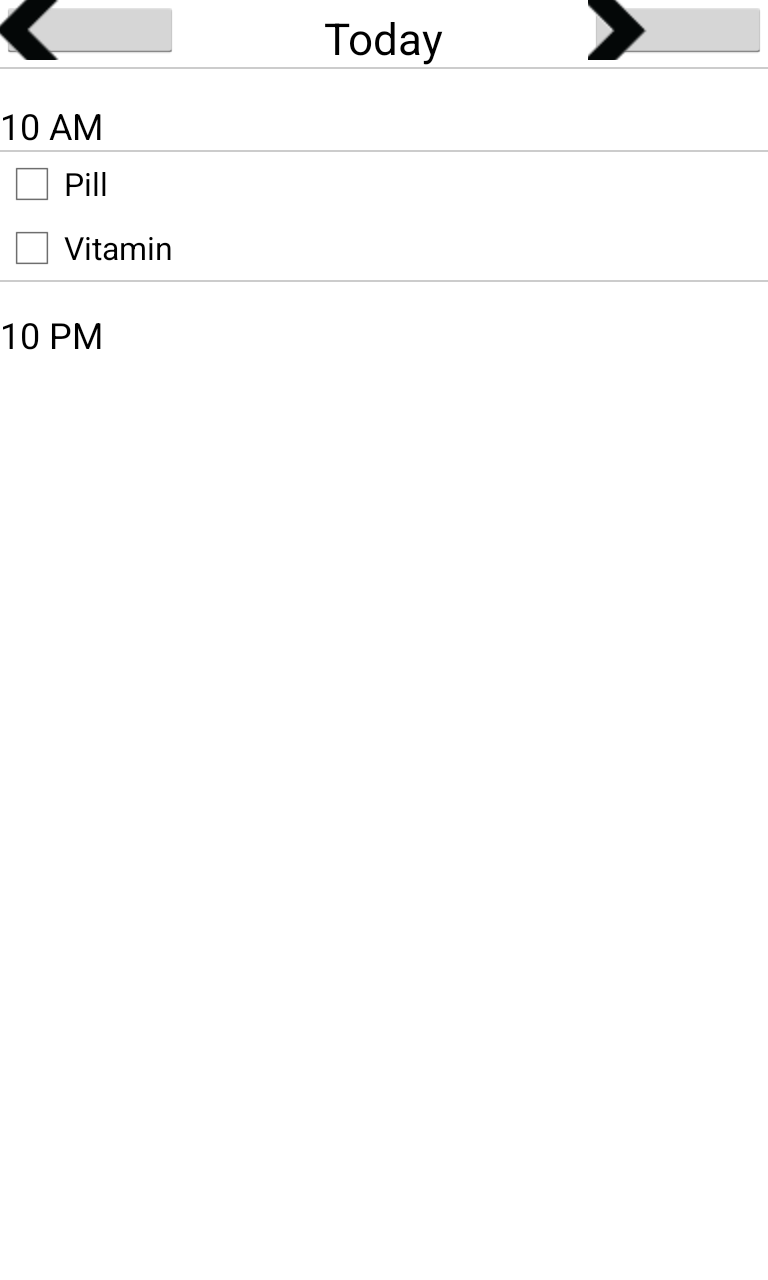
Repository: ranika/pilltracker
Layout: PillTracker/res/layout/fragment_med_log.xml
These files come from the project's save history. The layout is drawn as it stood at one moment and after the next save; the edit follows.
It is drawn on a 768 x 1280 px phone screen (xhdpi) without system bars, with theme AppTheme; the app's code is not run.

Above is the layout before, as saved 2014-04-10 03:36:11.

After the next save:
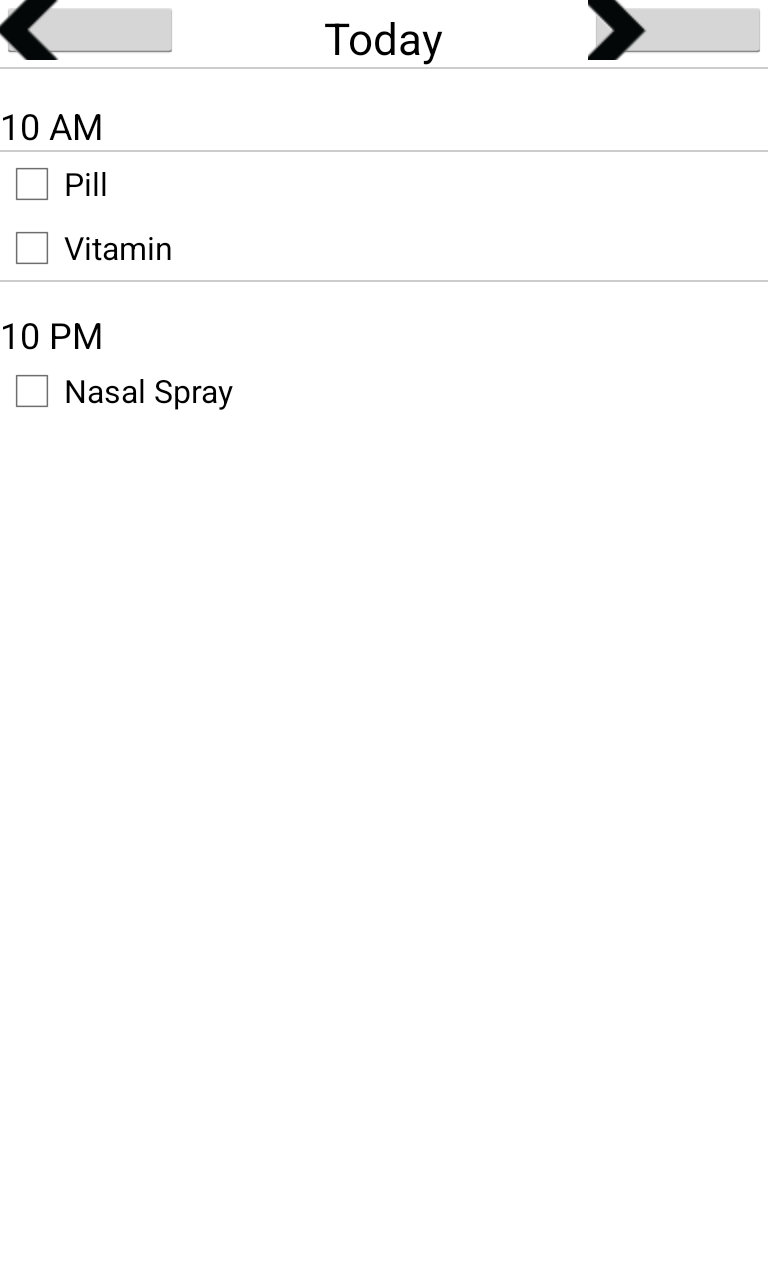
Saved 21 s later.
--- a/PillTracker/res/layout/fragment_med_log.xml
+++ b/PillTracker/res/layout/fragment_med_log.xml
@@ -92,4 +92,12 @@
         android:text="@string/ten_pm"
         android:textAppearance="?android:attr/textAppearanceMedium" />
 
+    <CheckBox
+        android:id="@+id/checkBox3"
+        android:layout_width="wrap_content"
+        android:layout_height="wrap_content"
+        android:layout_alignParentLeft="true"
+        android:layout_below="@+id/textView3"
+        android:text="@string/nasal" />
+
 </RelativeLayout>
